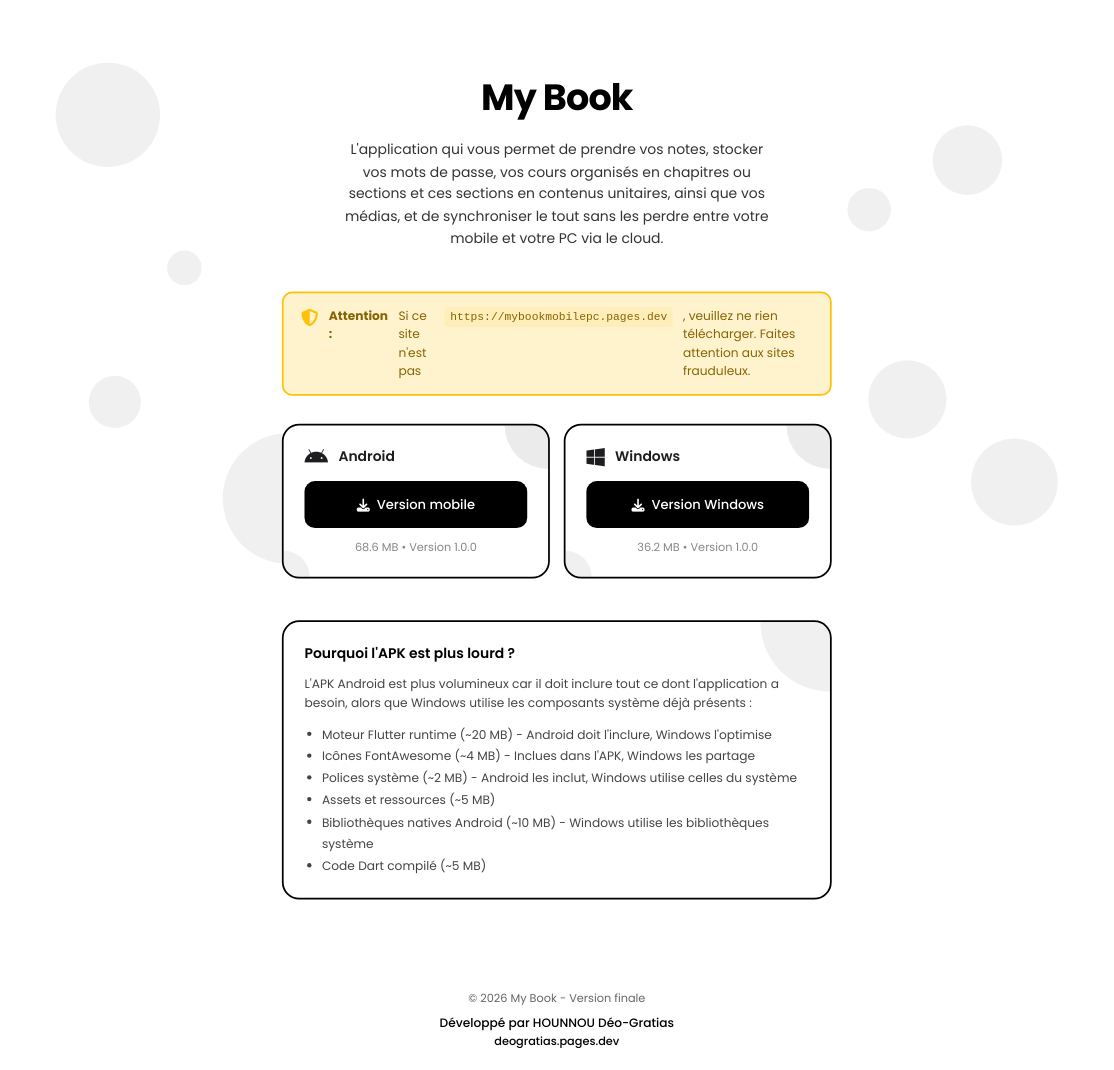
Repository: Deogratiasdev/app
Page: test.html
The author's editor kept a copy of each file at every save. The page is drawn from the files as they stood at one save, then again after the next save.
The browser window is 1280 px wide. The pictures show the whole page, at 87% of full size.

Above is the page before, as saved 2026-04-12 00:21:38.

After the next save:
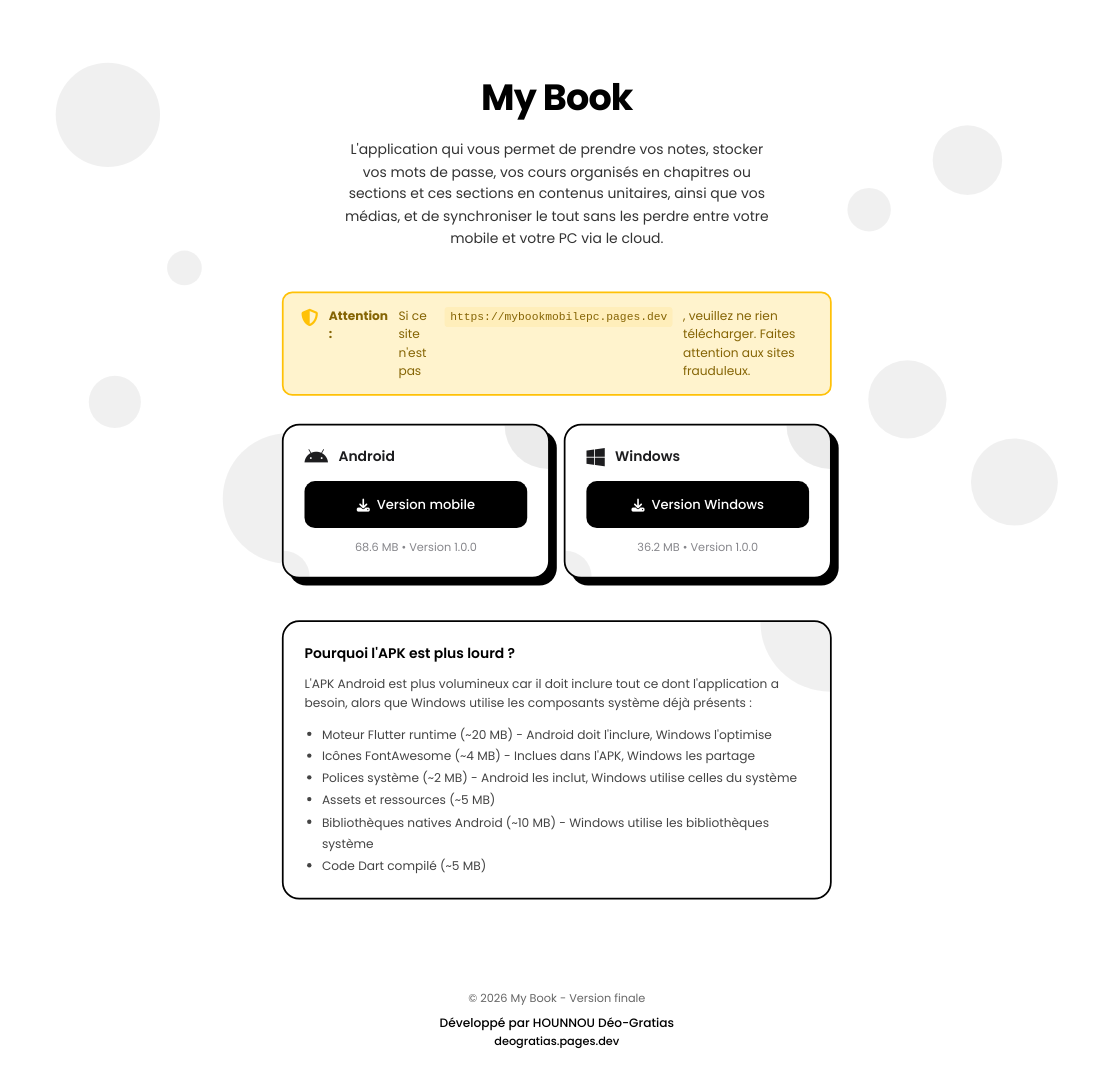
Saved 42 s later.
--- a/test.html
+++ b/test.html
@@ -85,10 +85,11 @@
             position: relative;
             overflow: hidden;
             transition: transform 0.3s ease;
+            box-shadow: 8px 8px 0px #000000;
         }
         .download-card:hover {
             transform: translateY(-4px);
-            box-shadow: 8px 8px 0px #000000;
+            box-shadow: 12px 12px 0px #000000;
         }
         .download-card::before {
             content: '';
